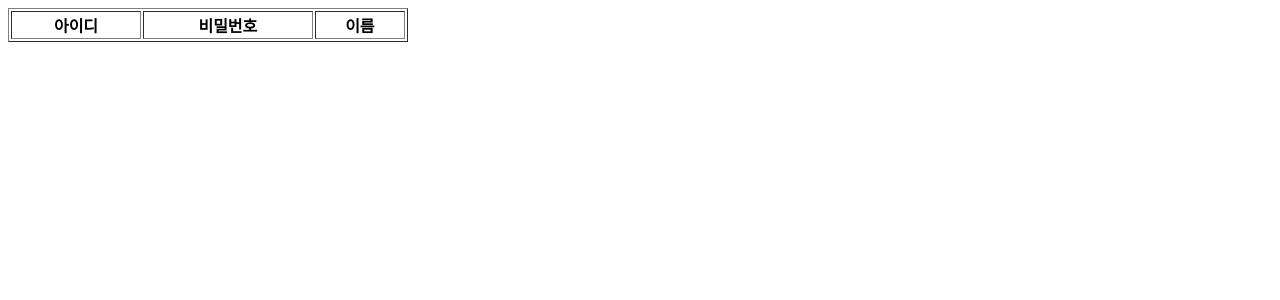
Repository: ikobean/ikoebean
Page: http://localhost/dev_jsp/ch05/memberList2.jsp
An editor plug-in stored every save of this project. The page is shown before and after the next save, followed by the edit.
The browser window is 1280 px wide. The pictures show the whole page.
The page is served by Tomcat 9. Other server files are loaded and not shown.

Above is the page before, as saved 2019-07-16 05:55:27.

### workspace_jsp/dev_jsp/WebContent/ch05/memberList2.jsp
<%@ page language="java" contentType="text/html; charset=UTF-8"
    pageEncoding="UTF-8"%>
<%@ page import="java.util.List, java.util.Map" %>

<!DOCTYPE html>
<html>
<head>
<meta charset="UTF-8">
<title>회원목록</title>
</head>
<body>
<!-- 조회 결과가 있니? if문 -->
<!-- 네라면 반복문 처리 (if문 안에 for문) -->
	<table width="400px" border="1">
		<thead>
			<tr>
				<th>아이디</th>
				<th>비밀번호</th>
				<th>이름</th>
			</tr>
		</thead>
	</table>

<!-- 조회 결과가 없을 땐 조회 결과가 없습니다. 출력 -->
</body>
</html>

After the next save:
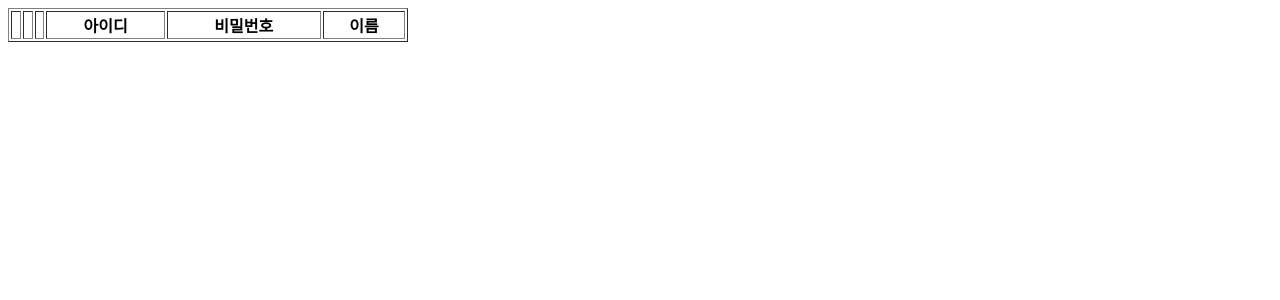
Saved 2 min 14 s later.
--- a/workspace_jsp/dev_jsp/WebContent/ch05/memberList2.jsp
+++ b/workspace_jsp/dev_jsp/WebContent/ch05/memberList2.jsp
@@ -14,6 +14,9 @@
 	<table width="400px" border="1">
 		<thead>
 			<tr>
+				<th data-options="field:'mem_id', width:80">
+				<th data-options="field:'mem_pw', width:80">
+				<th data-options="field:'mem_name', width:80">
 				<th>아이디</th>
 				<th>비밀번호</th>
 				<th>이름</th>

After the save that followed:
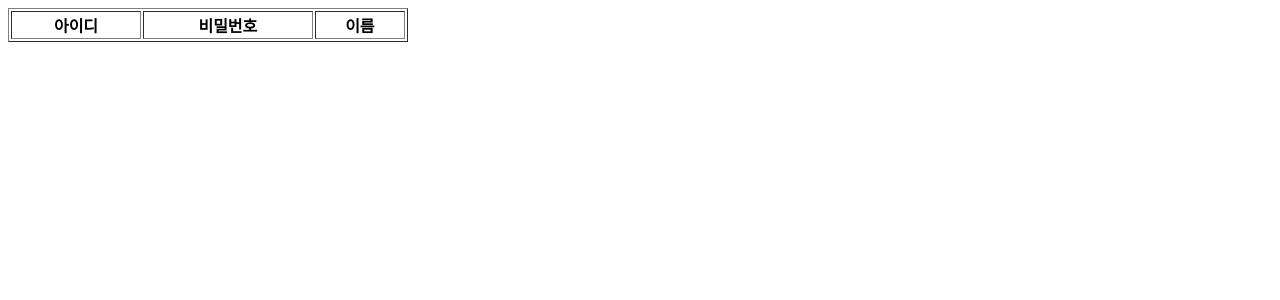
Saved 13 s later.
--- a/workspace_jsp/dev_jsp/WebContent/ch05/memberList2.jsp
+++ b/workspace_jsp/dev_jsp/WebContent/ch05/memberList2.jsp
@@ -14,12 +14,10 @@
 	<table width="400px" border="1">
 		<thead>
 			<tr>
-				<th data-options="field:'mem_id', width:80">
-				<th data-options="field:'mem_pw', width:80">
-				<th data-options="field:'mem_name', width:80">
-				<th>아이디</th>
-				<th>비밀번호</th>
-				<th>이름</th>
+				<th data-options="field:'mem_id', width:80">아이디</th>
+				<th data-options="field:'mem_pw', width:80">비밀번호</th>
+				<th data-options="field:'mem_name', width:80">이름</th>
+
 			</tr>
 		</thead>
 	</table>
